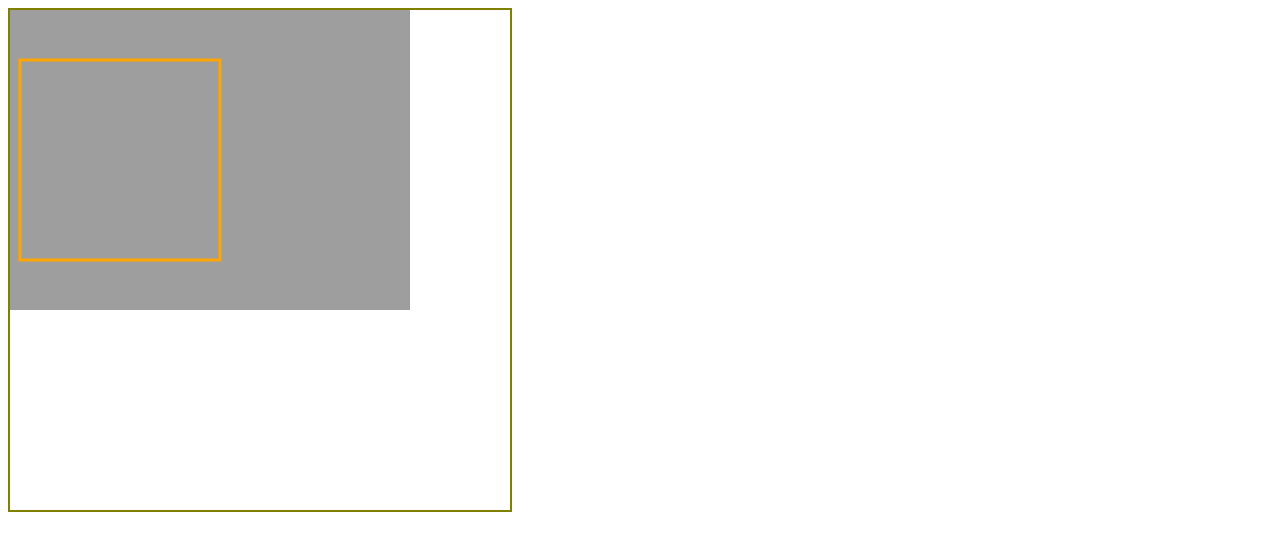
Repository: Backcoder-June/AI_Platform
Page: naverai/src/main/resources/static/cameratest.html
An editor plug-in stored every save of this project. The page is shown before and after the next save, followed by the edit.
The browser window is 1280 px wide. The pictures show the whole page.

Above is the page before, as saved 2022-09-02 07:12:02.

### naverai/src/main/resources/static/cameratest.html
<!DOCTYPE html>
<html>
<head>
<meta charset="UTF-8">
<title>Insert title here</title>

<script src="js/jquery-3.6.0.min.js"></script>
<script>
$(document).ready(function(){
	var mycanvas = $("#mycanvas")[0];
	var pencil = mycanvas.getContext("2d");

	var myimage = new Image();
	myimage.src = "http://localhost:8083/naverai/yuna1.png";
	myimage.onload = function(){
		pencil.drawImage(myimage,0,0,myimage.width, myimage.height);
		pencil.lineWidth = 3;
		pencil.strokeStyle = "orange";
		pencil.strokeRect(10,50,200,200);
	}


});//ready

</script>


</head>
<body>

<canvas id="mycanvas" width=500 height=500 style="border:2px solid olive">
</canvas>


</body>
</html>

Loaded but not shown: naverai/src/main/resources/static/js/jquery-3.6.0.min.js (library)

After the next save:
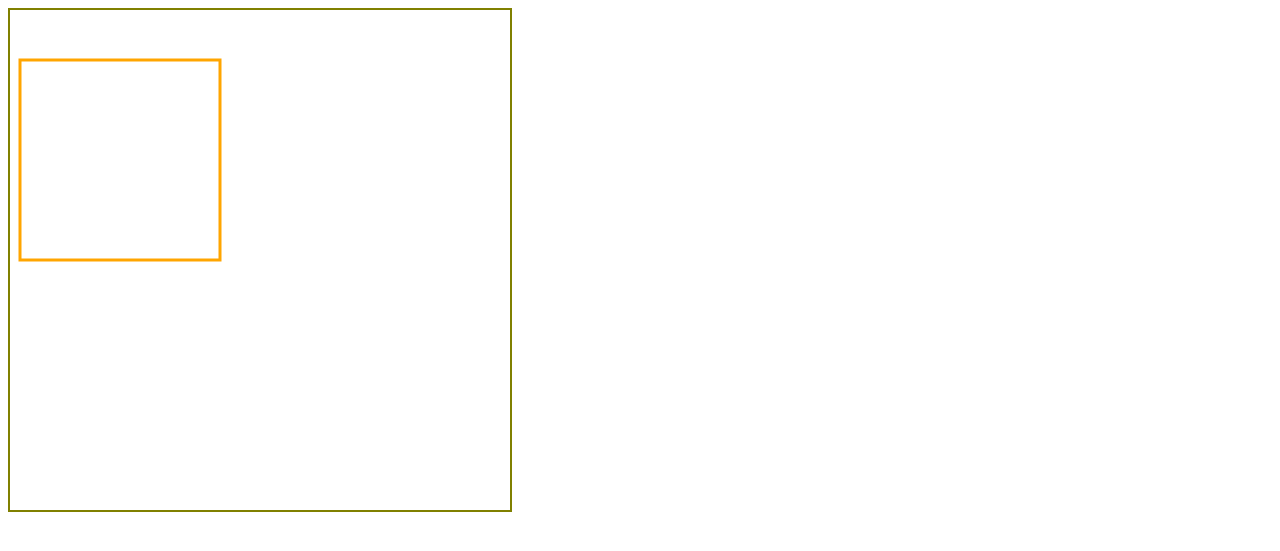
Saved 44 s later.
--- a/naverai/src/main/resources/static/cameratest.html
+++ b/naverai/src/main/resources/static/cameratest.html
@@ -13,7 +13,6 @@
 	var myimage = new Image();
 	myimage.src = "http://localhost:8083/naverai/yuna1.png";
 	myimage.onload = function(){
-		pencil.drawImage(myimage,0,0,myimage.width, myimage.height);
 		pencil.lineWidth = 3;
 		pencil.strokeStyle = "orange";
 		pencil.strokeRect(10,50,200,200);

After the save that followed:
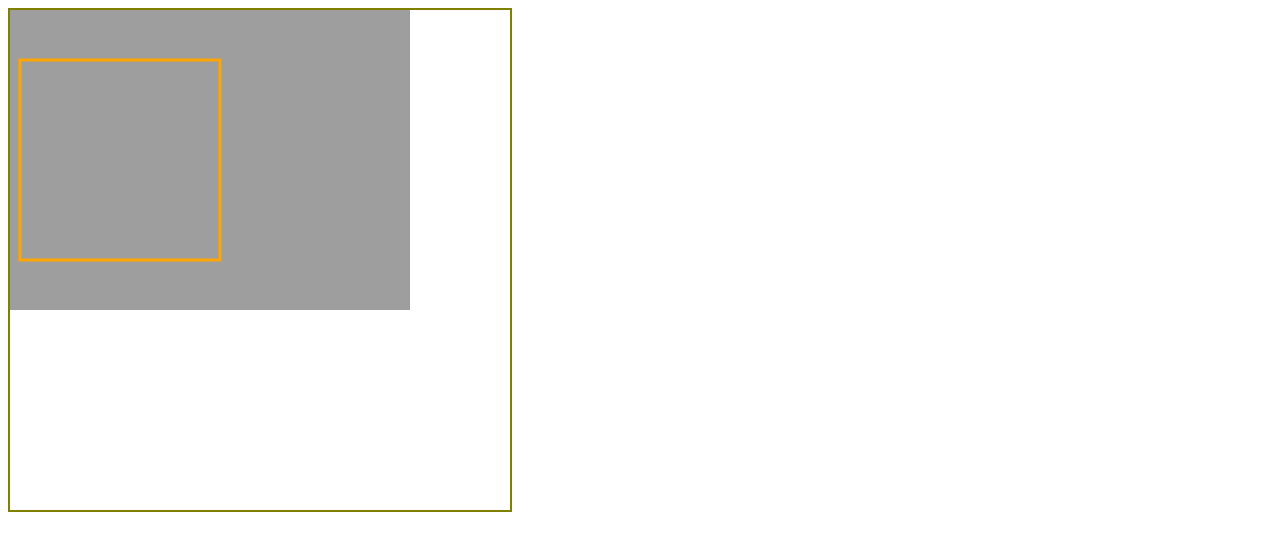
Saved 5 s later.
--- a/naverai/src/main/resources/static/cameratest.html
+++ b/naverai/src/main/resources/static/cameratest.html
@@ -13,6 +13,7 @@
 	var myimage = new Image();
 	myimage.src = "http://localhost:8083/naverai/yuna1.png";
 	myimage.onload = function(){
+		pencil.drawImage(myimage,0,0,myimage.width, myimage.height);
 		pencil.lineWidth = 3;
 		pencil.strokeStyle = "orange";
 		pencil.strokeRect(10,50,200,200);
